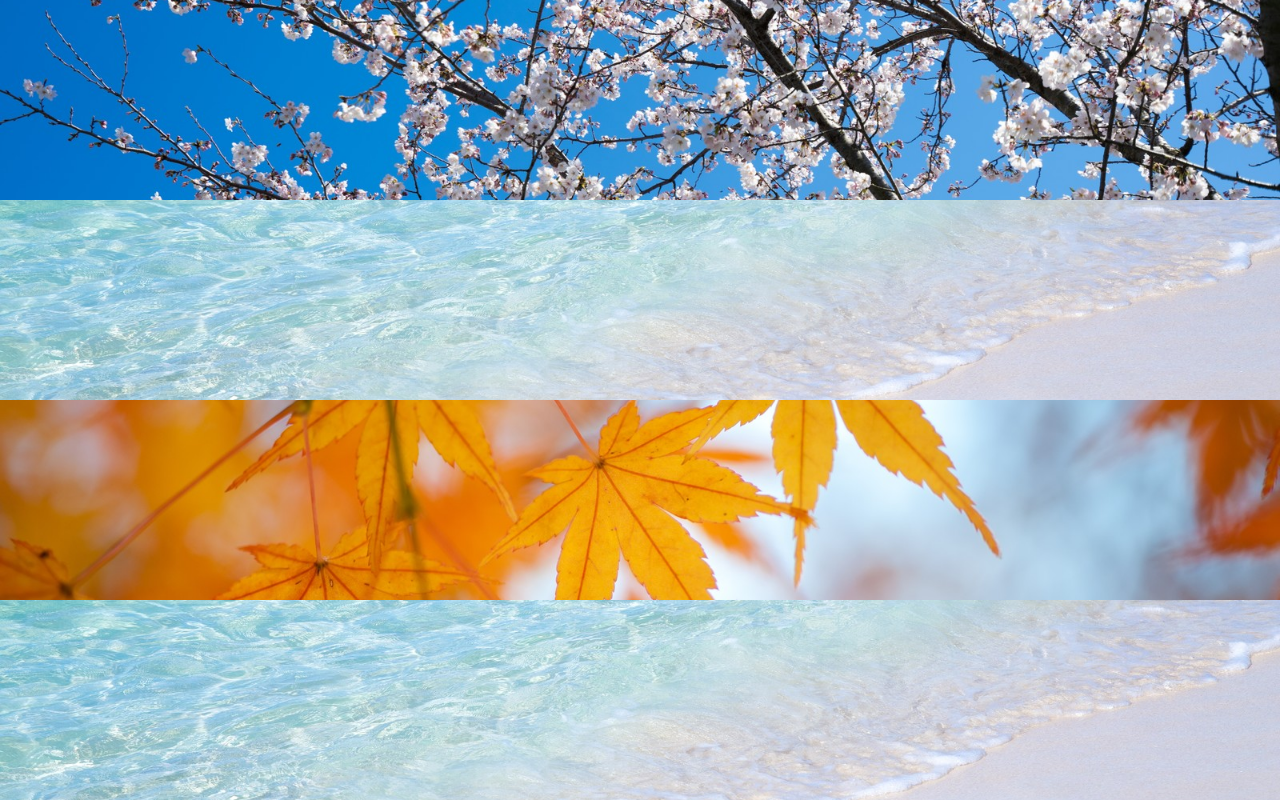
Repository: pooh0721/-
Page: sample6/chapter6.html
The author's editor kept a record of every edit. The page is drawn from the files as they stood at one moment, then again after the next edit.
The browser window is 1280 px wide. The pictures show the whole page.

Above is the page before.

### sample6/chapter6.html

<!DOCTYPE html>
<html lang="ja">
  <head>
    <meta charset="utf-8" />
    <link rel="stylesheet" href="style.css" />
    <title>chapte6</title>
  </head>

  <body>

      <div class=img1></div>
      <div class=img2></div>
      <div class=img3></div>
      <div class=img4></div>


  </body>
</html>

### sample6/style.css
/* ブラウザがそれぞれ持っているCSSをリセットするための記述 */
* {
  margin: 0;
  padding: 0;
  box-sizing: border-box;
}

.img1 {
  width: 100%;
  height: 200px;
  background-image: url(img/box1.jpg);
  background-size: cover;
  background-position: center;

}

.img2 {
  width: 100%;
  height: 200px;
  background-image: url(img/box2.jpg);
  background-size: cover;
  background-position: center;

}

.img3 {
  width: 100%;
  height: 200px;
  background-image: url(img/box3.jpg);
  background-size: cover;
  background-position: center;

}
.img4 {
  width: 100%;
  height: 200px;
  background-image: url(img/box2.jpg);
  background-size: cover;
  background-position: center;

After the next edit:
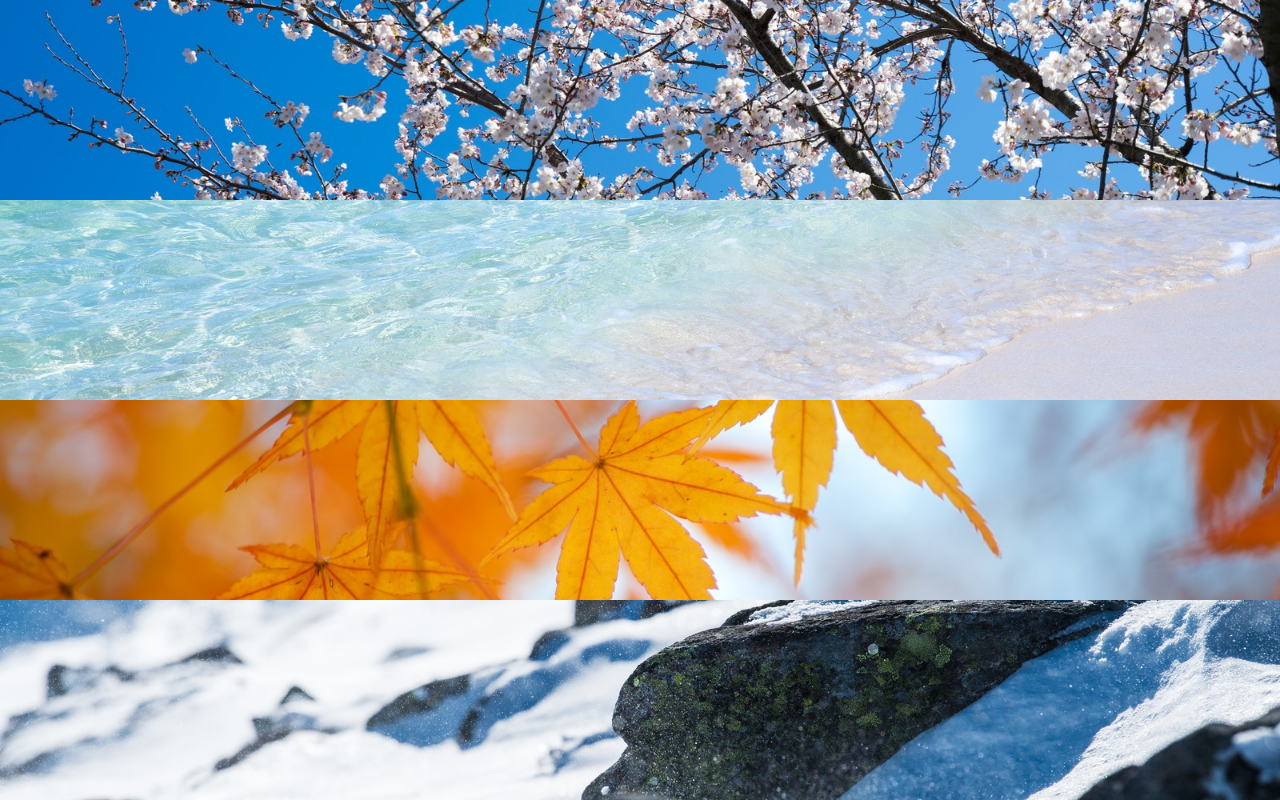
The edit:
--- a/sample6/style.css
+++ b/sample6/style.css
@@ -34,6 +34,6 @@
 .img4 {
   width: 100%;
   height: 200px;
-  background-image: url(img/box2.jpg);
+  background-image: url(img/box4.jpg);
   background-size: cover;
   background-position: center;
